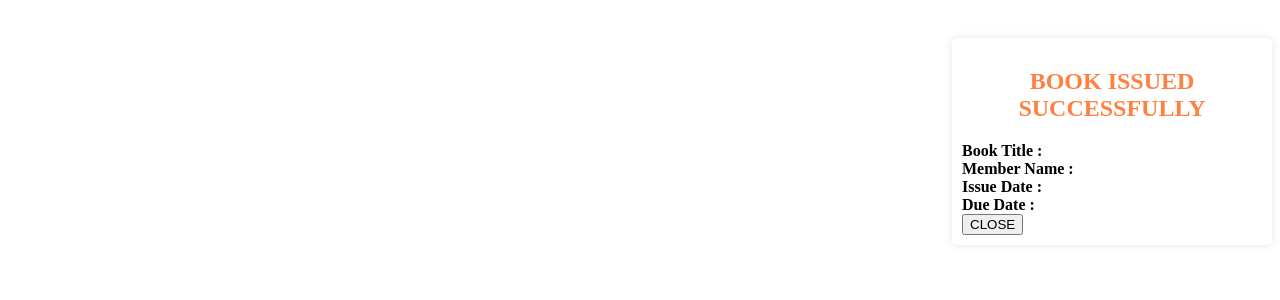
Repository: devikrishna908/RURAL-LIBRARY-MANAGEMENT
Page: http://localhost/library-management/WEB-INF/jsp/issue-success.jsp
The author's editor kept a copy of each file at every save. The page is drawn from the files as they stood at one save, then again after the next save.
The browser window is 1280 px wide. The pictures show the whole page.
The page is served by Tomcat 9. Nobody is signed in. The template is opened directly, without the code that normally fills it, so the values that code supplies are empty.

Above is the page before, as saved 2024-05-27 05:59:44.

After the next save:
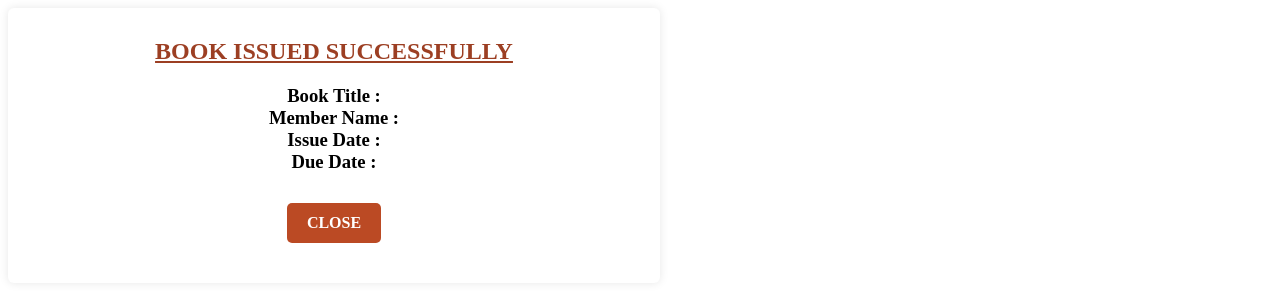
Saved 113 s later.
--- a/library-management/src/main/webapp/WEB-INF/jsp/issue-success.jsp
+++ b/library-management/src/main/webapp/WEB-INF/jsp/issue-success.jsp
@@ -7,7 +7,7 @@
 <head>
 <meta charset="ISO-8859-1">
 <title>Issue Success</title>
-<link rel="stylesheet" href="css/admin-welcome.css">
+<link rel="stylesheet" href="css/success-style.css">
 <script type="text/javascript">
 	function cancelAction(){
 		window.history.back();
